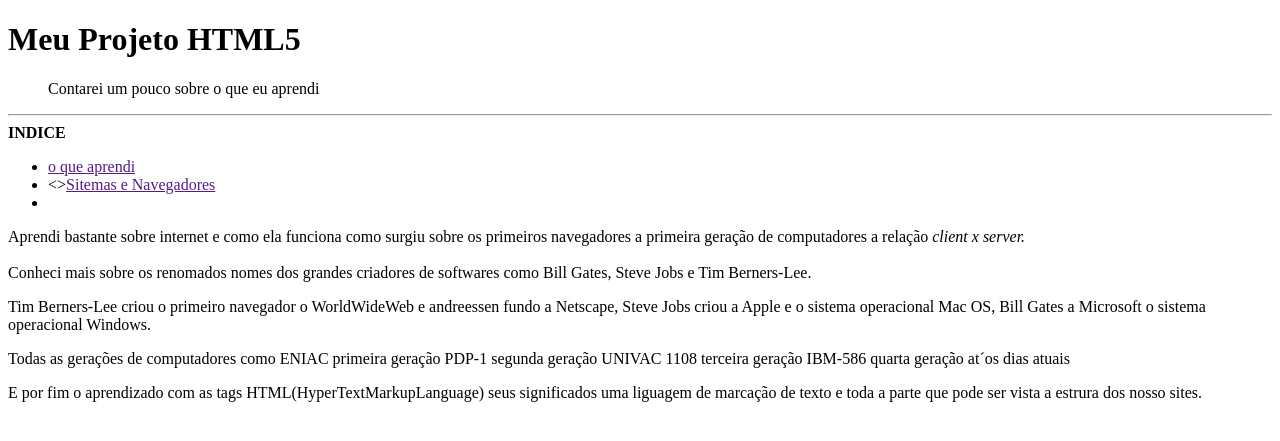
Repository: gustavotwist/meu-html
Page: index.html
An editor plug-in stored every save of this project. The page is shown before and after the next save, followed by the edit.
The browser window is 1280 px wide. The pictures show the whole page.

Above is the page before, as saved 2024-04-24 22:26:30.

### index.html
<!DOCTYPE html>
<html lang="pt-br">
<head>
    <meta charset="UTF-8">
    <meta name="viewport" content="width=device-width, initial-scale=1.0">
    <title>Projeto HTML</title>
</head>
<body>
    <h1>Meu Projeto HTML5</h1>
    <blockquote>Contarei um pouco sobre o que eu aprendi</blockquote><hr>
    <strong>INDICE</strong>
    <ul>
        <li><a href="">o que aprendi</a></li>
        <li><><a href="">Sitemas e Navegadores</a></li>
        <li></li>
    </ul>

    <p>Aprendi bastante sobre internet e como ela funciona como surgiu sobre os primeiros navegadores a primeira geração de computadores a relação <i>client x server.</i><br><br> Conheci mais sobre os renomados nomes dos grandes criadores de softwares como Bill Gates, Steve Jobs e Tim Berners-Lee.</p>
    <p>Tim Berners-Lee criou o primeiro navegador o WorldWideWeb e andreessen fundo a Netscape, Steve Jobs criou a Apple e o sistema operacional Mac OS, Bill Gates a Microsoft o sistema operacional Windows.</p>
    <p>Todas as gerações de computadores como ENIAC primeira geração PDP-1 segunda geração UNIVAC 1108 terceira geração IBM-586 quarta geração at´os dias atuais</p>
    <p>E por fim o aprendizado com as tags HTML(HyperTextMarkupLanguage) seus significados uma liguagem de marcação de texto e toda a parte que pode ser vista a estrura dos nosso sites.</p>


</body>
</html>

After the next save:
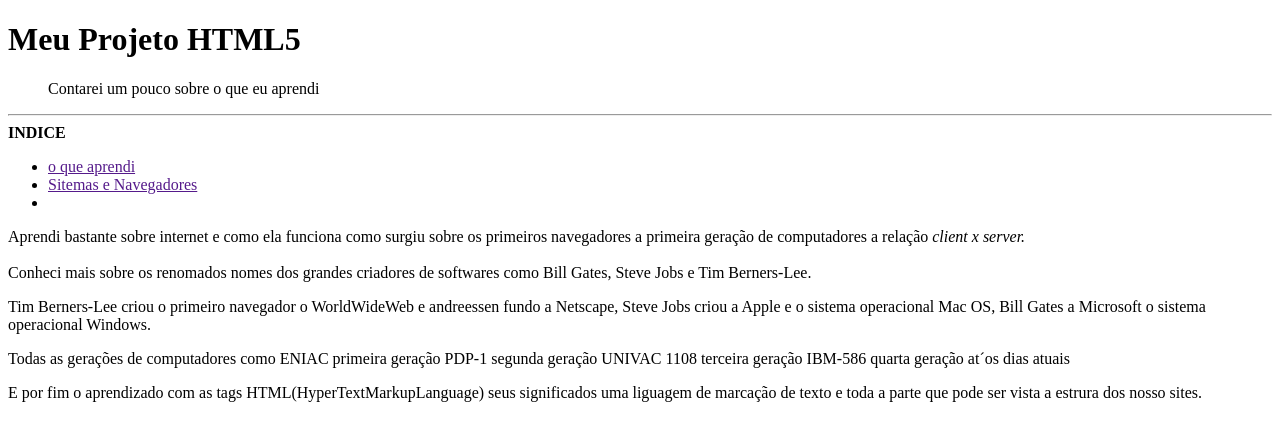
Saved 4 s later.
--- a/index.html
+++ b/index.html
@@ -11,7 +11,7 @@
     <strong>INDICE</strong>
     <ul>
         <li><a href="">o que aprendi</a></li>
-        <li><><a href="">Sitemas e Navegadores</a></li>
+        <li><a href="">Sitemas e Navegadores</a></li>
         <li></li>
     </ul>
 
